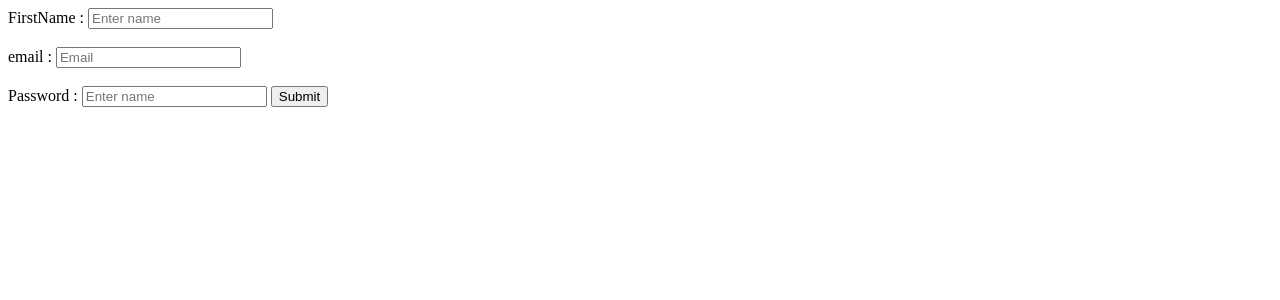
Repository: yogendra-dashore/java-ism
Page: 23-ism-jee/src/main/webapp/index.html
The author's editor kept a copy of each file at every save. The page is drawn from the files as they stood at one save, then again after the next save.
The browser window is 1280 px wide. The pictures show the whole page.

Above is the page before, as saved 2023-03-28 10:00:40.

### 23-ism-jee/src/main/webapp/index.html
<!DOCTYPE html>
<html>
<head>
<meta charset="UTF-8">
<title>Insert title here</title>
</head>
<body>
<form action="yogi" method="post">
FirstName : <input text="text" name="FirstName" placeholder="Enter name"> <br><br>
email : <input text="text" name="Email" placeholder="Email"> <br><br>
Password : <input text="password" name="Password" placeholder="Enter name">

<input type="submit" value="Submit">

</form>




</body>
</html>

After the next save:
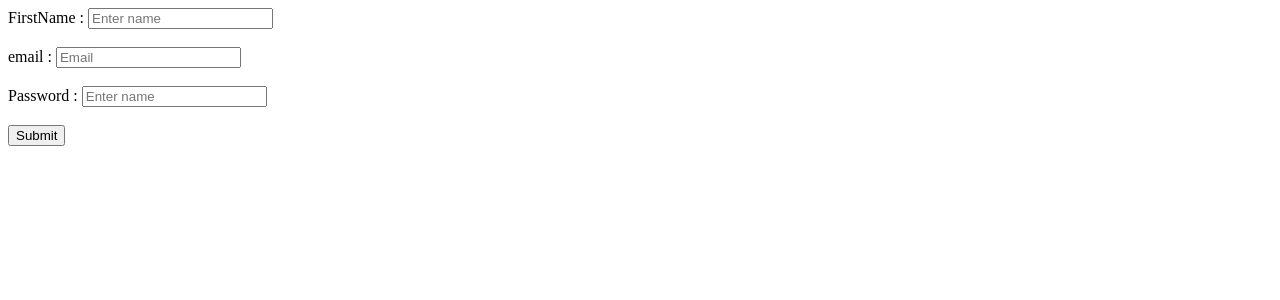
Saved 9 min 49 s later.
--- a/23-ism-jee/src/main/webapp/index.html
+++ b/23-ism-jee/src/main/webapp/index.html
@@ -5,11 +5,11 @@
 <title>Insert title here</title>
 </head>
 <body>
-<form action="yogi" method="post">
+<form action="SinghupController" method="post">
 FirstName : <input text="text" name="FirstName" placeholder="Enter name"> <br><br>
 email : <input text="text" name="Email" placeholder="Email"> <br><br>
 Password : <input text="password" name="Password" placeholder="Enter name">
-
+<br><br>
 <input type="submit" value="Submit">
 
 </form>
